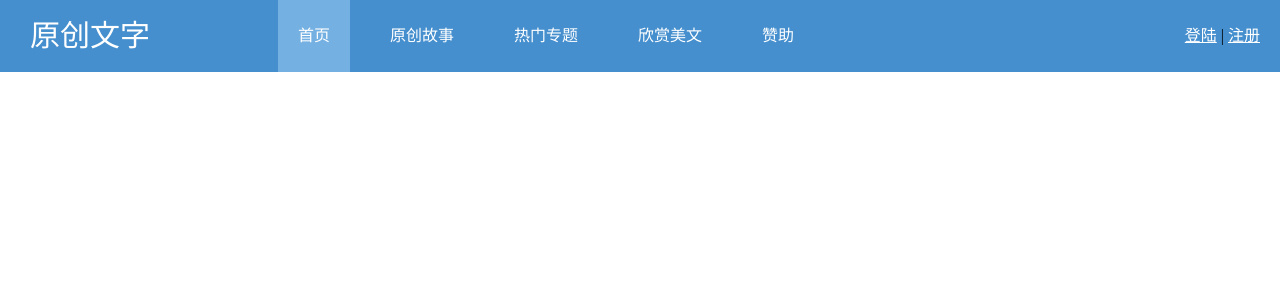
Repository: equation-zheng/Article
Page: http://localhost/Idles/
An editor plug-in stored every save of this project. The page is shown before and after the next save, followed by the edit.
The browser window is 1280 px wide. The pictures show the whole page.
The page is served by Tomcat 9. Other server files are loaded and not shown.

Above is the page before, as saved 2017-12-06 01:54:40.

### Service/apache-tomcat-7.0.82/Idles/WebContent/index.jsp
<?xml version="1.0" encoding="UTF-8" ?>
<%@ page language="java" contentType="text/html; charset=UTF-8"
    pageEncoding="UTF-8"%>
<!DOCTYPE html PUBLIC "-//W3C//DTD XHTML 1.0 Transitional//EN" "http://www.w3.org/TR/xhtml1/DTD/xhtml1-transitional.dtd">
<html xmlns="http://www.w3.org/1999/xhtml">
<head>
<meta http-equiv="Content-Type" content="text/html; charset=UTF-8" />
<title>首页</title>
</head>
<style>
	* {
		margin: 0;
		padding: 0;
		font-family: "微软雅黑";
	}
	ul li {
		list-style: none;
	}
	.header {
		height: 72px;
		background: #458fce;
	}
	.header .logo {
		color: #fff;
		line-height: 72px;
		font-size: 30px;
		margin-left: 30px;
		display: inline-block;
		font-weight: 500;
		float: left;
	}
	.header ul .first {
		margin-left: 10%;
		background: #74b0e2;
	}
	.header ul li {
		float: left;
		line-height: 72px;
		margin-left: 20px;
		padding: 0 20px 0 20px;
		color: #fff;

	}
	.header ul li:hover{
		background: #74b0e2;
		color: #D6E1CC;
	}
	.header .login {
		margin-right: 20px;
		float: right;
	}
	.header .login a {
		line-height: 72px;
		color: #fff;
	}
	.header .login span a:hover {
		background: #74b0e2;
		color: #D6E1CC;
		display: inline-block;
		padding: 0 10px 0 10px;
	}

</style>
<body>
	<div class="header">
	<div class='logo'>原创文字</div>
		<ul>
			<li class='first'>首页</li>
			<li>原创故事</li>
			<li>热门专题</li>
			<li>欣赏美文</li>
			<li>赞助</li>
		</ul>
		<div class='login'>
			<span><a href="javascript:void(0)">登陆</a></span>
			<span>|</span>
			<span><a href="javascript:void(0)">注册</a></span>
		</div>
	</div>
</body>
</html>

After the next save:
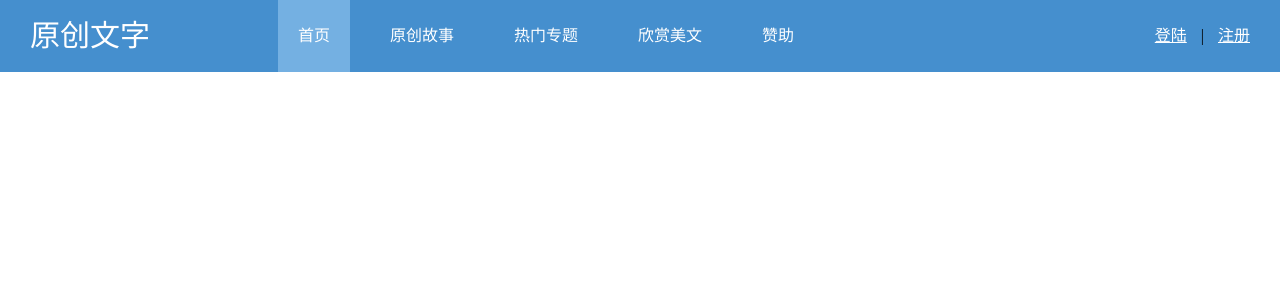
Saved 28 s later.
--- a/Service/apache-tomcat-7.0.82/Idles/WebContent/index.jsp
+++ b/Service/apache-tomcat-7.0.82/Idles/WebContent/index.jsp
@@ -52,12 +52,12 @@
 	.header .login a {
 		line-height: 72px;
 		color: #fff;
+		padding: 0 10px 0 10px;
+		display: inline-block;
 	}
 	.header .login span a:hover {
 		background: #74b0e2;
 		color: #D6E1CC;
-		display: inline-block;
-		padding: 0 10px 0 10px;
 	}
 
 </style>
